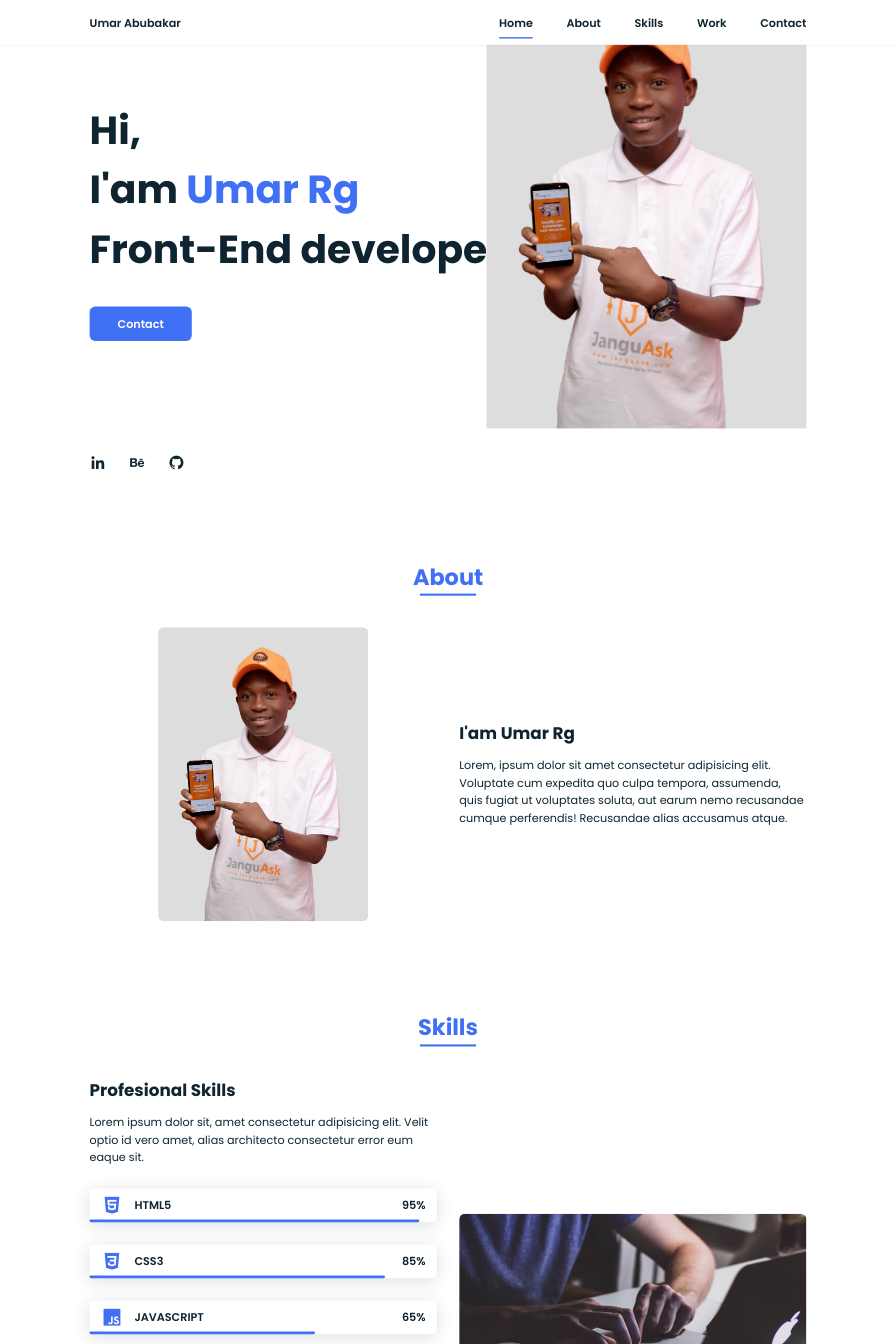
Repository: umarrg/lio
Page: index.html
The author's editor kept a copy of each file at every save. The page is drawn from the files as they stood at one save, then again after a run of saves.
The browser window is 1280 px wide. The pictures show the part of the page from y = 0 to 1920 px (the page is 3921 px tall), at 70% of full size.

Above is the page before, as saved 2021-01-05 14:09:06.

After the next 3 saves:
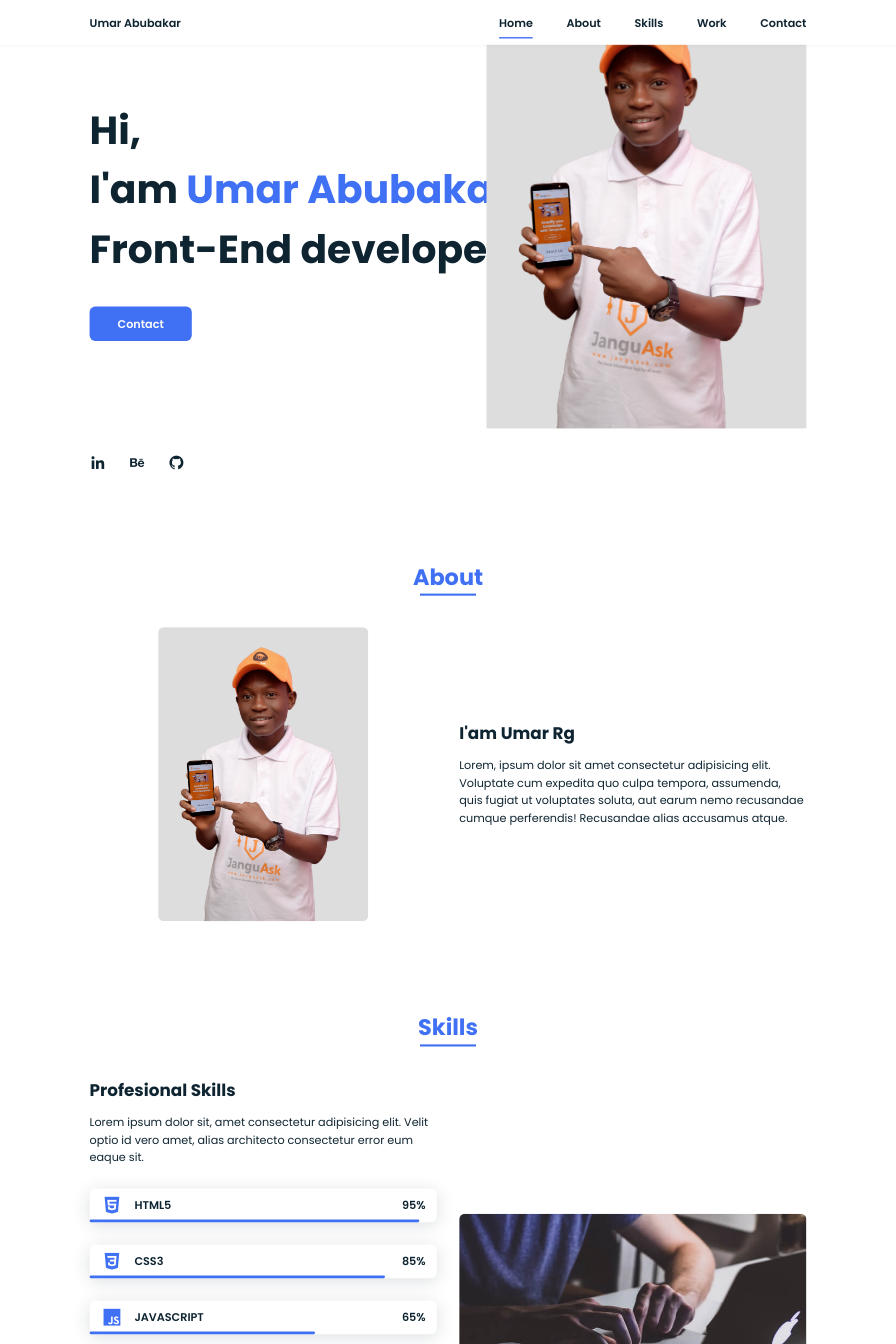
The 3 saves are shown as one change because they came seconds apart.
The last was saved 17 s later.
--- a/index.html
+++ b/index.html
@@ -39,7 +39,7 @@
             <!--===== HOME =====-->
             <section class="home bd-grid" id="home">
                 <div class="home__data">
-                    <h1 class="home__title">Hi,<br>I'am <span class="home__title-color">Umar Rg</span><br> Front-End developer</h1>
+                    <h1 class="home__title">Hi,<br>I'am <span class="home__title-color">Umar Abubakar</span><br> Front-End developer</h1>
 
                     <a href="#" class="button">Contact</a>
                 </div>
